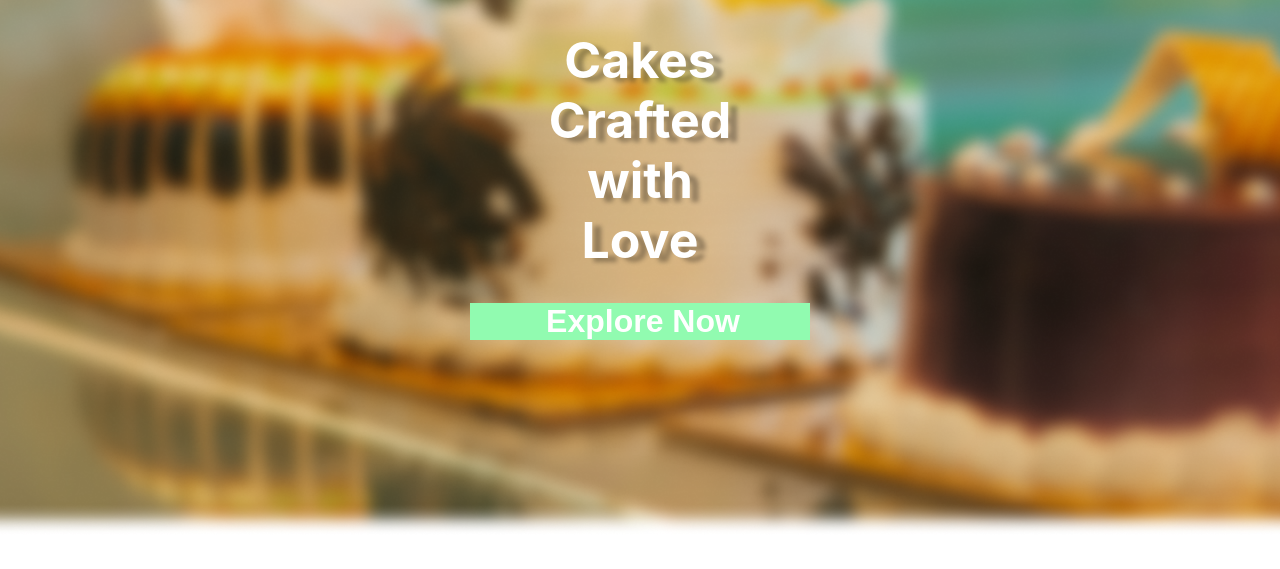
Repository: MEROO1010/cake-box-website
Page: / (app in Cake_box/cake_website/cake_frontend/)
These files come from the project's save history. The page is drawn as it stood at one moment and after the next save; the edit follows.
The browser window is 1280 px wide. The pictures show the whole page.
The project was rebuilt for these pictures with package versions that can differ from the ones it lists, and the page was loaded fresh each time.

Above is the page before, as saved 2024-10-22 12:44:47.

### Cake_box/cake_website/cake_frontend/src/App.jsx
import { BrowserRouter as Router, Routes, Route } from 'react-router-dom';
import  Homepage from './components/HomePage/Homepage';

function App() {
    return (
        <Router>
            <Routes>
                <Route path="/" element={<Homepage />} />
            </Routes>
        </Router>
    );
}

export default App;

### Cake_box/cake_website/cake_frontend/src/components/HomePage/Homepage.jsx
import React from 'react'
import Homepagebg from '../assets/HomePage.png';
import styled from 'styled-components';

const Homepage = () => {
  return (
    <Container>

    <img src={Homepagebg} alt=""/>

    <h1>Cakes<br/> Crafted<br/> with<br/> Love</h1>

    <button>Explore Now</button>

    </Container>
  )
}

export default Homepage

const Container = styled.div`
  display: flex;
  flex-direction: column;
  align-items: center; /* Center align items */
  justify-content: center; /* Center vertically */
  height: 100vh; /* Full viewport height */
  position: relative; /* Ensure absolute positioning works */

  img {
    width: 100%;
    height: auto; /* Maintain aspect ratio */
    object-fit: cover; /* Cover the container */
    position:static;
  }

  h1 {
    color: white;
    font-size: 50px;
    text-shadow: 9px 4px 4px rgba(0, 0, 0, 0.3);
    text-align: center;
    position:relative;
    padding-top: 80px;
    bottom:620px;

  }

  button {
    background-color: #91FBB0;
    color: white;
    border: none;
    width: 340px;
    height: 60px;
    font-size: 32px;
    font-weight: bold;
    margin-top: 0px; /* Add some space above the button */
    margin-left:0px;
    position:relative;
    padding-top: 0px;
    padding-bottom:0px;
    padding-right:0px;
    bottom:620px;
    justify-content: center;
    display: flex;


  }
`;

Loaded but not shown: Cake_box/cake_website/cake_frontend/public/index.html (common file); Cake_box/cake_website/cake_frontend/src/index.js (common file); Cake_box/cake_website/cake_frontend/src/index.css (common file); Cake_box/cake_website/cake_frontend/src/reportWebVitals.js (common file)

After the next save:
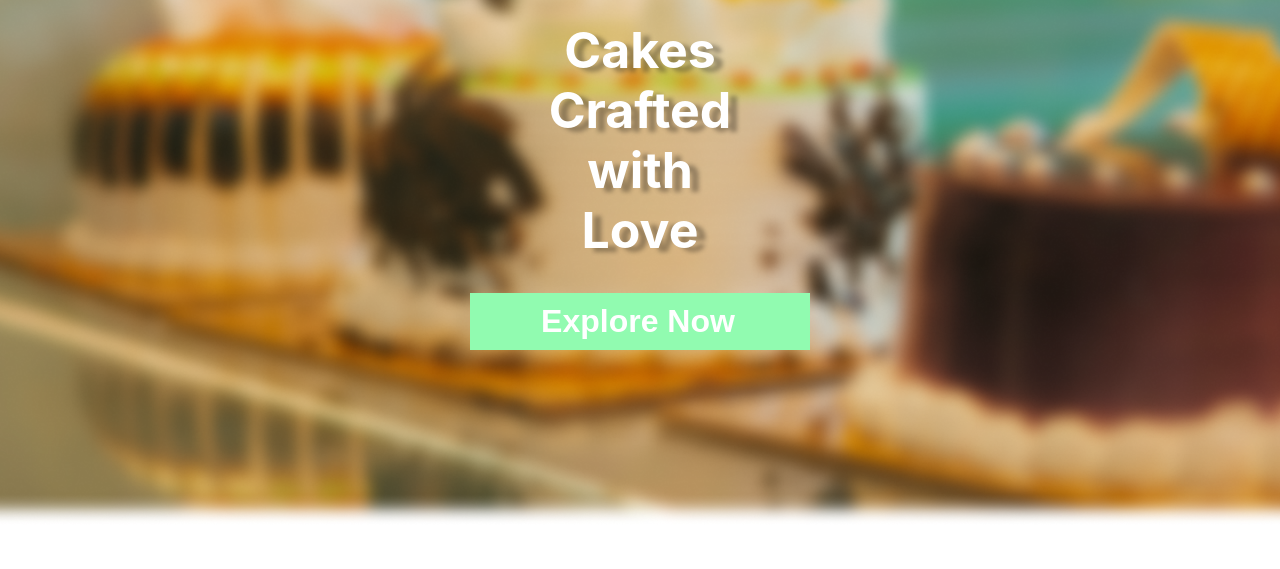
Saved 13 s later.
--- a/Cake_box/cake_website/cake_frontend/src/components/HomePage/Homepage.jsx
+++ b/Cake_box/cake_website/cake_frontend/src/components/HomePage/Homepage.jsx
@@ -55,9 +55,9 @@
     margin-top: 0px; /* Add some space above the button */
     margin-left:0px;
     position:relative;
-    padding-top: 0px;
-    padding-bottom:0px;
-    padding-right:0px;
+    padding-top: 10px;
+    padding-bottom:10px;
+    padding-right:10px;
     bottom:620px;
     justify-content: center;
     display: flex;
